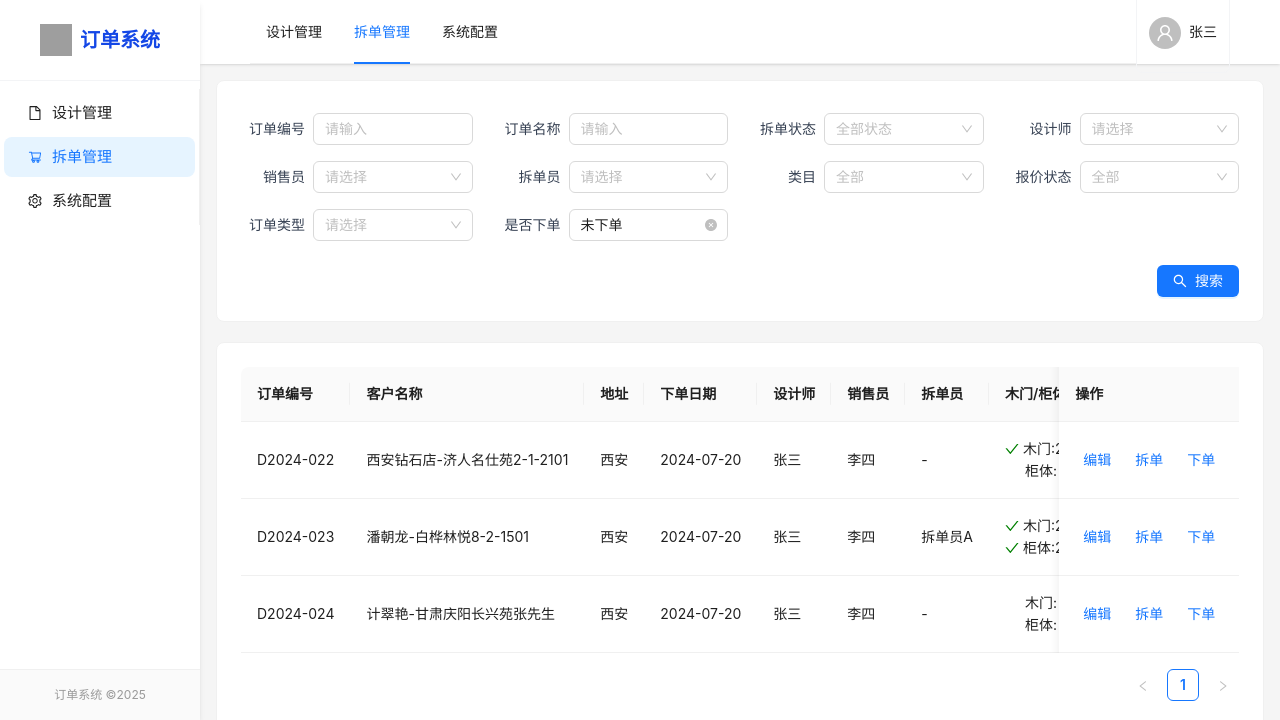
Repository: Garyxiwang/order_system
Page: /split (app in front/)
An editor plug-in stored every save of this project. The page is shown before and after the next save, followed by the edit.
The browser window is 1280 px wide. The pictures show the whole page.
Pictures or frames that could not be fetched are drawn as grey boxes. The project was rebuilt for these pictures with package versions that can differ from the ones it lists, and the page was loaded fresh each time. The framework's server and built-in components were replaced by stand-ins that run in the browser. Also part of the build but not shown: front/next.config.js, front/next.config.ts, front/src/app/split/editOrderModal.tsx, front/src/app/split/SplitOrderModal.tsx.

Above is the page before, as saved 2025-08-07 15:29:10.

After the next save:
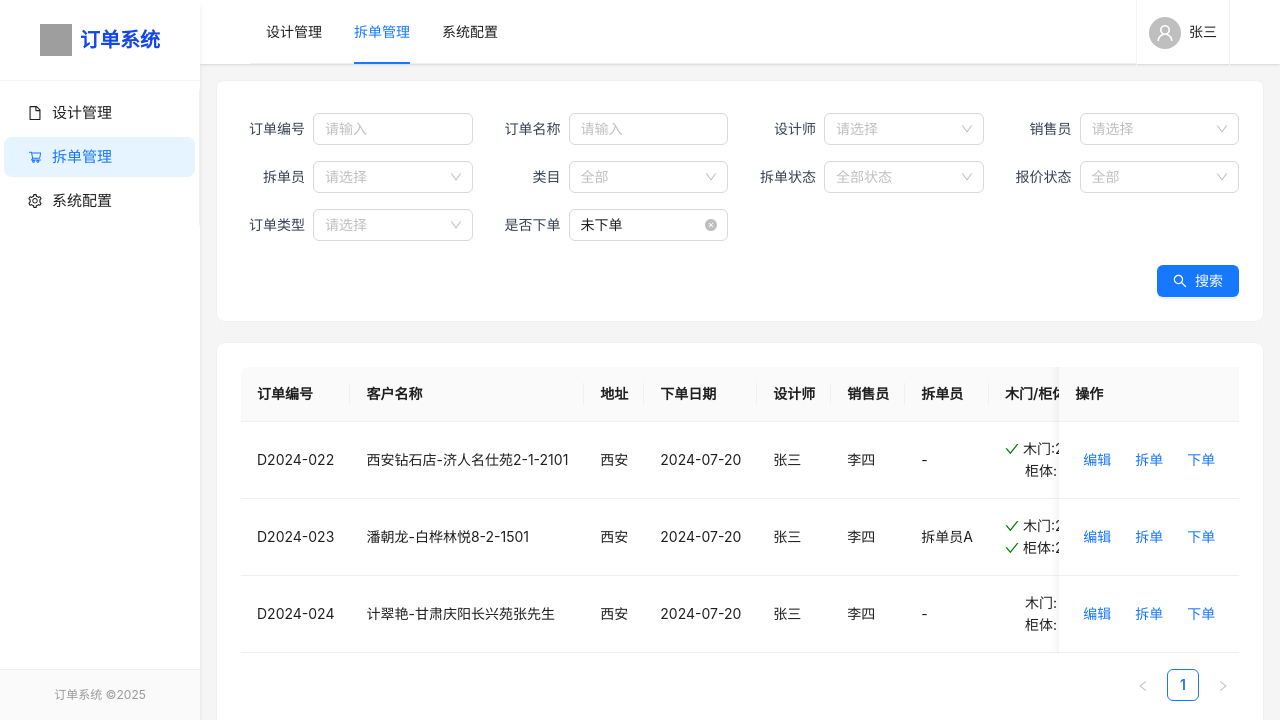
Saved 35 s later.
--- a/front/src/app/split/page.tsx
+++ b/front/src/app/split/page.tsx
@@ -352,23 +352,6 @@ const DesignPage: React.FC = () => {
           <Col span={6} className="py-2">
             <div className="flex items-center gap-2">
               <label className="whitespace-nowrap text-sm font-medium text-gray-700 min-w-16 text-right">
-                拆单状态
-              </label>
-              <Select
-                placeholder="全部状态"
-                className="rounded-md flex-1"
-                size="middle"
-                allowClear
-              >
-                <Option value="-1">拆单中</Option>
-                <Option value="1">已审核</Option>
-                <Option value="1">已完成</Option>
-              </Select>
-            </div>
-          </Col>
-          <Col span={6} className="py-2">
-            <div className="flex items-center gap-2">
-              <label className="whitespace-nowrap text-sm font-medium text-gray-700 min-w-16 text-right">
                 设计师
               </label>
               <Select
@@ -432,6 +415,23 @@ const DesignPage: React.FC = () => {
                 <Option value="completed">石材</Option>
                 <Option value="completed">板材</Option>
                 <Option value="completed">铝合金门</Option>
+              </Select>
+            </div>
+          </Col>
+          <Col span={6} className="py-2">
+            <div className="flex items-center gap-2">
+              <label className="whitespace-nowrap text-sm font-medium text-gray-700 min-w-16 text-right">
+                拆单状态
+              </label>
+              <Select
+                placeholder="全部状态"
+                className="rounded-md flex-1"
+                size="middle"
+                allowClear
+              >
+                <Option value="-1">拆单中</Option>
+                <Option value="1">已审核</Option>
+                <Option value="1">已完成</Option>
               </Select>
             </div>
           </Col>
